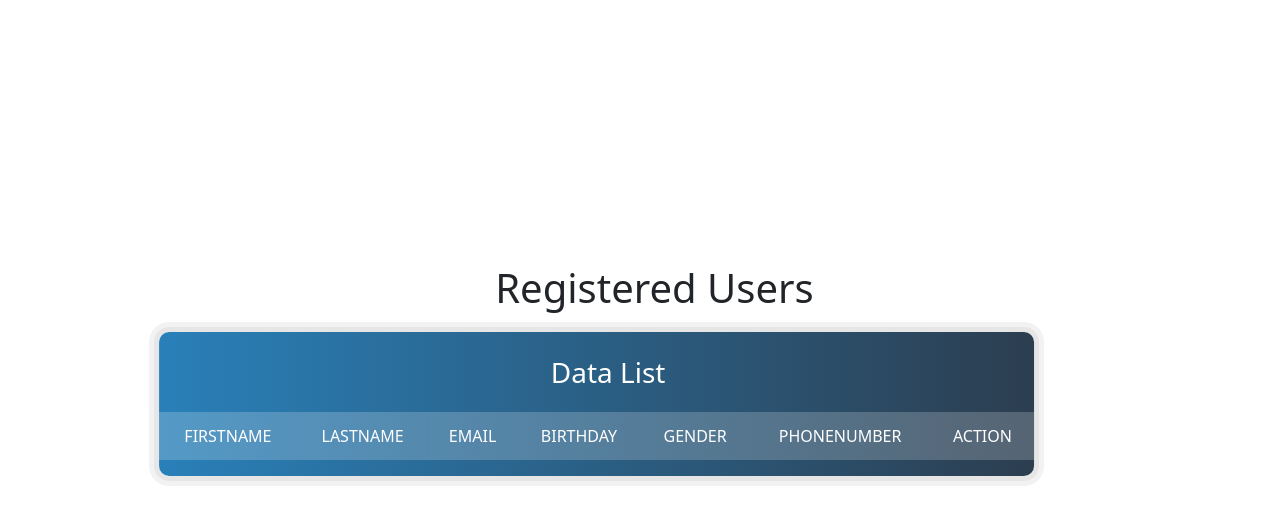
Repository: Navin-PlayerOne/fullstackTask-KCE
Page: http://localhost/registration/registeredlist.jsp
The author's editor kept a copy of each file at every save. The page is drawn from the files as they stood at one save, then again after the next save.
The browser window is 1280 px wide. The pictures show the whole page.
The page is served by Tomcat 10. Other server files are loaded and not shown. Queries for data that is not in the repository find no rows.

Above is the page before, as saved 2023-03-29 05:02:33.

### registration/src/main/webapp/registeredlist.jsp
<%@page import="com.kce.dao.RegisterDao"%>
<%@page import="com.kce.model.Register"%>
<%@page import="java.util.ArrayList"%>
<%@page import="java.util.List"%>
<%@ page language="java" contentType="text/html; charset=ISO-8859-1"
    pageEncoding="ISO-8859-1"%>
<!DOCTYPE html>
<html>
<head>
<meta charset="ISO-8859-1">
<title>Registered Users</title>
<link rel="stylesheet" href="https://cdn.jsdelivr.net/npm/bootstrap@4.6.2/dist/css/bootstrap.min.css" integrity="sha384-xOolHFLEh07PJGoPkLv1IbcEPTNtaed2xpHsD9ESMhqIYd0nLMwNLD69Npy4HI+N" crossorigin="anonymous">
    <script src="https://cdn.jsdelivr.net/npm/jquery@3.5.1/dist/jquery.slim.min.js" integrity="sha384-DfXdz2htPH0lsSSs5nCTpuj/zy4C+OGpamoFVy38MVBnE+IbbVYUew+OrCXaRkfj" crossorigin="anonymous"></script>
<script src="https://cdn.jsdelivr.net/npm/bootstrap@4.6.2/dist/js/bootstrap.bundle.min.js" integrity="sha384-Fy6S3B9q64WdZWQUiU+q4/2Lc9npb8tCaSX9FK7E8HnRr0Jz8D6OP9dO5Vg3Q9ct" crossorigin="anonymous"></script>

<script src="https://cdn.jsdelivr.net/npm/jquery@3.5.1/dist/jquery.slim.min.js" integrity="sha384-DfXdz2htPH0lsSSs5nCTpuj/zy4C+OGpamoFVy38MVBnE+IbbVYUew+OrCXaRkfj" crossorigin="anonymous"></script>
<script src="https://cdn.jsdelivr.net/npm/popper.js@1.16.1/dist/umd/popper.min.js" integrity="sha384-9/reFTGAW83EW2RDu2S0VKaIzap3H66lZH81PoYlFhbGU+6BZp6G7niu735Sk7lN" crossorigin="anonymous"></script>
<script src="https://cdn.jsdelivr.net/npm/bootstrap@4.6.2/dist/js/bootstrap.min.js" integrity="sha384-+sLIOodYLS7CIrQpBjl+C7nPvqq+FbNUBDunl/OZv93DB7Ln/533i8e/mZXLi/P+" crossorigin="anonymous"></script>
<link rel="stylesheet" href="https://stackpath.bootstrapcdn.com/font-awesome/4.7.0/css/font-awesome.min.css" />
 <link rel="stylesheet" href="css/styles.css">
</head>
<body>
	<div class="demo">
        <div class="container">
            <div class="row text-center">
                <h1 class="white">Registered Users</h1>
            </div>
            <div class="row">
                <div class="col-md-offset-1 col-md-10">
                    <div class="panel">
                        <div class="panel-heading">
                            <div class="row">
                                <div class="col col-sm-3 col-xs-12">
                                    <h4 class="title">Data <span>List</span></h4>
                                </div>
                                <div class="col-sm-9 col-xs-12 text-right">
                                </div>
                            </div>
                        </div>
                        <div class="panel-body table-responsive">
                            <table class="table">
                                <thead>
                                    <tr>
                                        <th>FirstName</th>
                                        <th>LastName</th>
                                        <th>Email</th>
                                        <th>BirthDay</th>
                                        <th>Gender</th>
                                        <th>PhoneNumber</th>
                                        <th>Action</th>
                                    </tr>
                                </thead>
                                <tbody>
                                	<%
                                	ArrayList<Register> users = new RegisterDao().getRegisterationDetailsList();
                                    for(int i=0; i<users.size();i++){%>
                                        <tr>
                                            <td><%= users.get(i).getFirstName()%></td>
                                            <td><%= users.get(i).getLastName() %></td>
                                            <td><%= users.get(i).getEmail()%></td>
                                            <td><%= users.get(i).getBirthDay()%></td>
                                            <td><%= users.get(i).getGender()%></td>
                                            <td><%= users.get(i).getPhoneNumber()%></td>
                                            <td>
                                            	<ul class="action-list">
                                                	<li><a  data-tip="edit"><i class="fa fa-edit"></i></a></li>
                                                	<li><a  data-tip="delete"><i class="fa fa-trash"></i></a></li>
                                            	</ul>
                                        	</td>
                                        </tr>
                                      <%}%>
                                </tbody>
                            </table>
                        </div>
                    </div>
                </div>
            </div>
        </div>
    </div>
    <script src="https://code.jquery.com/jquery-3.6.0.min.js"></script>
   <script src="js/register.js"></script>
</body>
</body>
</html>

### registration/src/main/java/com/kce/dao/RegisterDao.java
package com.kce.dao;

import java.sql.Connection;
import java.sql.PreparedStatement;
import java.sql.ResultSet;
import java.sql.SQLException;

import com.kce.model.Register;
import com.kce.util.DBUtil;

import java.sql.Statement;
import java.util.ArrayList;

public class RegisterDao {
	public RegisterDao() {
		createTable();
	}
	public void createTable() {
		String query=""
				+ "CREATE TABLE IF NOT EXISTS Register("
				+ "firstName VARCHAR(50) NOT NULL,"
				+ "lastName VARCHAR(50) NOT NULL,"
				+ "birthDay VARCHAR(50) NOT NULL,"
				+ "gender VARCHAR(7) NOT NULL,"
				+ "Email VARCHAR(50) NOT NULL PRIMARY KEY,"
				+ "phoneNumber VARCHAR(50) NOT NULL,"
				+ "memberShip VARCHAR(8) NOT NULL"
				+ ")";
		Connection connection = DBUtil.createConnection();
		if(connection!=null) {
			try {
				Statement statemant = connection.createStatement();
				statemant.execute(query);
			} catch (SQLException e) {
				e.printStackTrace();
			}
		}
	}

	public boolean insertRegistration(Register registerationInfo) {
		Connection connection = DBUtil.createConnection();
		String query="INSERT INTO Register VALUES (?,?,?,?,?,?,?)";
		try {
			PreparedStatement preparedStatement = connection.prepareStatement(query);
			preparedStatement.setString(1, registerationInfo.getFirstName());
			preparedStatement.setString(2, registerationInfo.getLastName());
			preparedStatement.setString(3, registerationInfo.getBirthDay());
			preparedStatement.setString(4, registerationInfo.getGender());
			preparedStatement.setString(5, registerationInfo.getEmail());
			preparedStatement.setString(6, registerationInfo.getPhoneNumber());
			preparedStatement.setString(7, registerationInfo.getMemberShip());
			preparedStatement.execute();
			return true;
		} catch (SQLException e) {
			e.printStackTrace();
			return false;
		}
	}

	public ArrayList<Register> getRegisterationDetailsList() {
		ArrayList<Register> registeredUsers = new ArrayList<Register>();
		Connection connection = DBUtil.createConnection();
		String query="SELECT * FROM Register";
		try {
			Statement statemant = connection.createStatement();
			ResultSet resultSet = statemant.executeQuery(query);
			while(resultSet.next()) {
				Register user = new Register();
				user.setFirstName(resultSet.getString(1));
				user.setLastName(resultSet.getString(2));
				user.setBirthDay(resultSet.getString(3));
				user.setGender(resultSet.getString(4));
				user.setEmail(resultSet.getString(5));
				user.setPhoneNumber(resultSet.getString(6));
				user.setMemberShip(resultSet.getString(7));
				registeredUsers.add(user);
			}
		} catch (SQLException e) {
			e.printStackTrace();
		}
		return registeredUsers;
	}

	public boolean deleteUser(String emailId) {
		Connection connection = DBUtil.createConnection();
		String query="DELETE FROM Register WHERE Email=?";
		try {
			PreparedStatement preparedStatement = connection.prepareStatement(query);
			preparedStatement.setString(1,emailId);
			int rowsAffected = preparedStatement.executeUpdate();
			if(rowsAffected==0) return false;
			return true;
		} catch (SQLException e) {
			e.printStackTrace();
			return false;
		}
	}

	public boolean updateUser(Register registerationInfo) {
		Connection connection = DBUtil.createConnection();
		String query="UPDATE Register SET firstName=?,lastName=?,birthDay=?,gender=?,phoneNumber=? WHERE Email=?";
		try {
			PreparedStatement preparedStatement = connection.prepareStatement(query);
			preparedStatement.setString(1, registerationInfo.getFirstName());
			preparedStatement.setString(2, registerationInfo.getLastName());
			preparedStatement.setString(3, registerationInfo.getBirthDay());
			preparedStatement.setString(4, registerationInfo.getGender());
			preparedStatement.setString(5, registerationInfo.getPhoneNumber());
			preparedStatement.setString(6, registerationInfo.getEmail());
			int rowsAffected = preparedStatement.executeUpdate();
			if(rowsAffected==0) return false;
			return true;
		} catch (SQLException e) {
			e.printStackTrace();
			return false;
		}
	}
}

### registration/src/main/java/com/kce/util/DBUtil.java
package com.kce.util;

import java.sql.Connection;
import java.sql.DriverManager;
import java.sql.SQLException;

public class DBUtil {
	private static Connection connection;
	public static Connection createConnection() {
		try {
			Class.forName("com.mysql.cj.jdbc.Driver");
		} catch (ClassNotFoundException e) {
			e.printStackTrace();
			connection=null;
		}
		try {
			connection = DriverManager.getConnection("jdbc:mysql://localhost:3306/register","root","okokokok");

		} catch (SQLException e) {
			e.printStackTrace();
			connection=null;
		}
		return connection;
	}
}

### registration/src/main/webapp/css/styles.css

.gradient-custom {
    /* fallback for old browsers */
    background: #f093fb;

    /* Chrome 10-25, Safari 5.1-6 */
    background: -webkit-linear-gradient(to bottom right, rgba(240, 147, 251, 1), rgba(245, 87, 108, 1));

    /* W3C, IE 10+/ Edge, Firefox 16+, Chrome 26+, Opera 12+, Safari 7+ */
    background: linear-gradient(to bottom right, rgba(240, 147, 251, 1), rgba(245, 87, 108, 1))
    }

    .card-registration .select-input.form-control[readonly]:not([disabled]) {
    font-size: 1rem;
    line-height: 2.15;
    padding-left: .75em;
    padding-right: .75em;
    }
    .card-registration .select-arrow {
    top: 13px;
    }
    .container .white{
         display: block;
         position:relative;
         margin: 20px;
         cursor: pointer;
         left: 45%;
    }

    .demo{ font-family: 'Noto Sans', sans-serif;
        padding: 1px;
        display: block;
        position: absolute;
         top: 50%;
         left: 40%;
         transform: translate(-50%,-50%);
    }
    .panel-body{
        display: flex;
    }
.panel{
    background: linear-gradient(to right, #2980b9, #2c3e50);
    padding: 0;
    width: 150%;
    border-radius: 10px;
    border: none;
    box-shadow: 0 0 0 5px rgba(0,0,0,0.05),0 0 0 10px rgba(0,0,0,0.05);



}
.panel .panel-heading{
    padding: 20px 15px;
    border-radius: 10px 10px 0 0;
    margin: 0;
    text-align: center;

}
.panel .panel-heading .title{
    color: #fff;
    text-align: center;
    font-size: 28px;
    font-weight: 500;
    text-transform: capitalize;
    line-height: 40px;
    margin: 0;
}
h4{

     display: block;
     position: relative;
     left: 180%;
}
.demo .container .row {
    text-align: center;
}
.panel .panel-heading .btn{
    color: rgba(255,255,255,0.5);
    background: transparent;
    font-size: 16px;
    text-transform: capitalize;
    border: 2px solid #fff;
    border-radius: 50px;
    transition: all 0.3s ease 0s;
}
.panel .panel-heading .btn:hover{
    color: #fff;
    text-shadow: 3px 3px rgba(255,255,255,0.2);
}
.panel .panel-heading .form-control{
    color: #fff;
    background-color: transparent;
    width: 35%;
    height: 40px;
    border: 2px solid #fff;
    border-radius: 20px;
    display: inline-block;
    transition: all 0.3s ease 0s;
}
.panel .panel-heading .form-control:focus{
    background-color: rgba(255,255,255,0.2);
    box-shadow: none;
    outline: none;
}
.panel .panel-heading .form-control::placeholder{
    color: rgba(255,255,255,0.5);
    font-size: 15px;
    font-weight: 500;
}
.panel .panel-body{ padding: 0; }
.panel .panel-body .table thead tr th{
    color: #fff;
    background-color: rgba(255, 255, 255, 0.2);
    font-size: 16px;
    font-weight: 500;
    text-transform: uppercase;
    padding: 12px;
    border: none;
}
.panel .panel-body .table tbody tr td{
    color: #fff;
    font-size: 15px;
    padding: 10px 12px;
    vertical-align: middle;
    border: none;
}
.panel .panel-body .table tbody tr:nth-child(even){ background-color: rgba(255,255,255,0.05); }
.panel .panel-body .table tbody .action-list{
    padding: 0;
    margin: 0;
    list-style: none;
}
.panel .panel-body .table tbody .action-list li{
    display: inline-block;
    margin: 0 5px;
}
.panel .panel-body .table tbody .action-list li a{
    color: #fff;
    font-size: 15px;
    position: relative;
    z-index: 1;
    transition: all 0.3s ease 0s;
}
.panel .panel-body .table tbody .action-list li a:hover{ text-shadow: 3px 3px 0 rgba(255,255,255,0.3); }
.panel .panel-body .table tbody .action-list li a:before,
.panel .panel-body .table tbody .action-list li a:after{
    content: attr(data-tip);
    color: #fff;
    background-color: #111;
    font-size: 12px;
    padding: 5px 7px;
    border-radius: 4px;
    text-transform: capitalize;
    display: none;
    transform: translateX(-50%);
    position: absolute;
    left: 50%;
    top: -32px;
    transition: all 0.3s ease 0s;
}
.panel .panel-body .table tbody .action-list li a:after{
    content: '';
    height: 15px;
    width: 15px;
    padding: 0;
    border-radius: 0;
    transform: translateX(-50%) rotate(45deg);
    top: -18px;
    z-index: -1;
}
.panel .panel-body .table tbody .action-list li a:hover:before,
.panel .panel-body .table tbody .action-list li a:hover:after{
    display: block;
}
.panel .panel-footer{
    color: #fff;
    background-color: transparent;
    padding: 15px;
    border: none;
}
.panel .panel-footer .col{ line-height: 35px; }
.pagination{ margin: 0; }
.pagination li a{
    color: #fff;
    background-color: transparent;
    border: 2px solid transparent;
    font-size: 18px;
    font-weight: 500;
    text-align: center;
    line-height: 31px;
    width: 35px;
    height: 35px;
    padding: 0;
    margin: 0 3px;
    border-radius: 50px;
    transition: all 0.3s ease 0s;
}
.pagination li a:hover{
    color: #fff;
    background-color: transparent;
    border-color: rgba(255,255,255,0.2);
}
.pagination li a:focus,
.pagination li.active a,
.pagination li.active a:hover{
    color: #fff;
    background-color: transparent;
    border-color: #fff;
}
.pagination li:first-child a,
.pagination li:last-child a{
    border-radius: 50%;
}
@media only screen and (max-width:600px){
    .panel .panel-heading .title{
        text-align: center;

    }
    .panel .panel-heading .btn_group{ text-align: center; }
}

### registration/src/main/webapp/js/register.js
// Get all the edit and delete icons
const editIcons = document.querySelectorAll('a[data-tip="edit"]');
const deleteIcons = document.querySelectorAll('a[data-tip="delete"]');

// Add event listeners to each edit icon
editIcons.forEach((icon) => {
  icon.addEventListener('click', (event) => {
    // Get the corresponding row
    const row = event.target.closest('tr');
    let previousData={
      'firstName': row.children[0].textContent,
      'lastName' : row.children[1].textContent,
      'email' : row.children[2].textContent,
      'birthDay' : row.children[3].textContent,
      'inlineRadioOptions' : row.children[4].textContent,
      'phoneNumber' : row.children[5].textContent,
    }

    // Make the row editable
    row.contentEditable = true;
    row.classList.add('editable');

    // Change the edit icon to a save icon
    const editIcon = row.querySelector('a[data-tip="edit"]');
    editIcon.innerHTML = '<i class="fa fa-save"></i>';

    // Define a function to handle the save event
    const handleSave = (event) => {
      // Get the values from the edited row
      let currentData={
        'firstName': row.children[0].textContent,
        'lastName' : row.children[1].textContent,
        'email' : row.children[2].textContent,
        'birthDay' : row.children[3].textContent,
        'inlineRadioOptions' : row.children[4].textContent,
        'phoneNumber' : row.children[5].textContent,
      }

      // Make the row non-editable

      row.contentEditable = false;
      row.removeAttribute('editable');
      row.removeAttribute('contenteditable');
      row.removeAttribute('class');

      editIcon.innerHTML='<div class="spinner-border spinner-border-sm"></div>'

      $.ajax({
        url: 'UpdateHandler',
        method: 'POST',
        data: currentData,
        success: function(response) {
          console.log(response)
          let res = JSON.parse(response)
          if(res){
            // Change the save icon back to an edit icon
            editIcon.innerHTML = '<i class="fa fa-edit"></i>';

            // Remove the click event listener from the save icon
            editIcon.removeEventListener('click', handleSave);
		      }
          else{
            //change the content to its previous content
            row.children[0].textContent = previousData.firstName
            row.children[1].textContent = previousData.lastName
            row.children[2].textContent = previousData.email
            row.children[3].textContent = previousData.birthDay
            row.children[4].textContent = previousData.inlineRadioOptions
            row.children[5].textContent = previousData.phoneNumber
            // Change the save icon back to an edit icon
            editIcon.innerHTML = '<i class="fa fa-edit"></i>';

            // Remove the click event listener from the save icon
            editIcon.removeEventListener('click', handleSave);
          }

        },
        error: function(xhr, status, error) {
          //change the content to its previous content
          row.children[0].textContent = previousData.firstName
          row.children[1].textContent = previousData.lastName
          row.children[2].textContent = previousData.email
          row.children[3].textContent = previousData.birthDay
          row.children[4].textContent = previousData.inlineRadioOptions
          row.children[5].textContent = previousData.phoneNumber
          // Handle errors
          console.log(error);
          // Change the save icon back to an edit icon
          editIcon.innerHTML = '<i class="fa fa-edit"></i>';

          // Remove the click event listener from the save icon
          editIcon.removeEventListener('click', handleSave);
    }
      });


    };

    // Add a click event listener to the save icon
    editIcon.addEventListener('click', handleSave);
  });
});

// Add event listeners to each delete icon
deleteIcons.forEach((icon) => {
  icon.addEventListener('click', (event) => {
    // Get the corresponding row
    const row = event.target.closest('tr');
    console.log(row)
    console.log(row.children[2].textContent)
   //delete row using ajax
    $.ajax({
        url: 'DeleteHandler',
        method: 'POST',
        data: {'email' : row.children[2].textContent},
        success: function(response) {
          console.log(response)
          let res = JSON.parse(response)
          if(res){
			// Remove the row from the table
            row.remove();
		  }

        },
        error: function(xhr, status, error) {
      // Handle errors
      console.log(error);
    }
      });

  });
});

After the next save:
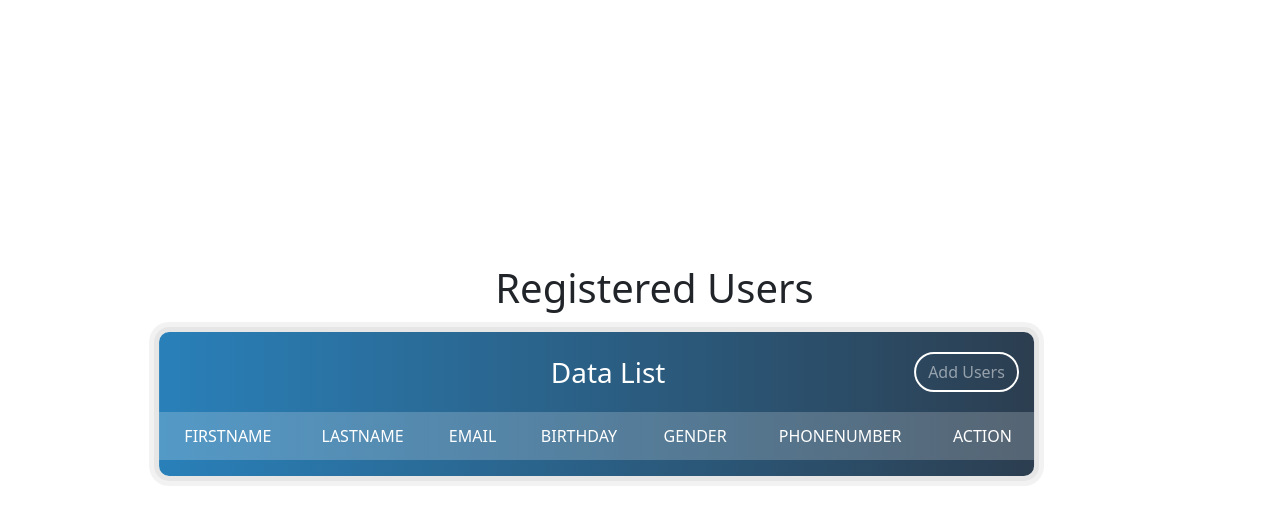
Saved 5 min 37 s later.
--- a/registration/src/main/webapp/registeredlist.jsp
+++ b/registration/src/main/webapp/registeredlist.jsp
@@ -34,6 +34,7 @@
                                     <h4 class="title">Data <span>List</span></h4>
                                 </div>
                                 <div class="col-sm-9 col-xs-12 text-right">
+                                	 <button type="button" class="btn btn-primary">Add users</button>
                                 </div>
                             </div>
                         </div>
